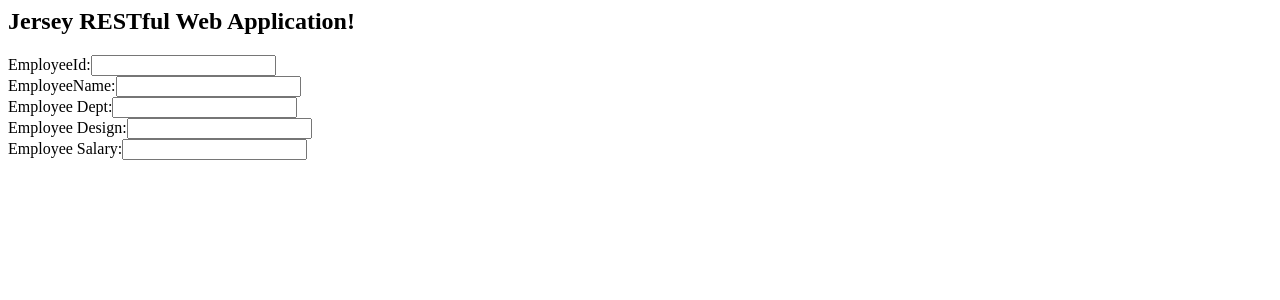
Repository: Vidhya2796/ATPTrainingFoldersJEECloud
Page: http://localhost/emp/
The author's editor kept a copy of each file at every save. The page is drawn from the files as they stood at one save, then again after the next save.
The browser window is 1280 px wide. The pictures show the whole page.
The page is served by Tomcat 9.

Above is the page before, as saved 2018-12-20 09:58:20.

After the next save:
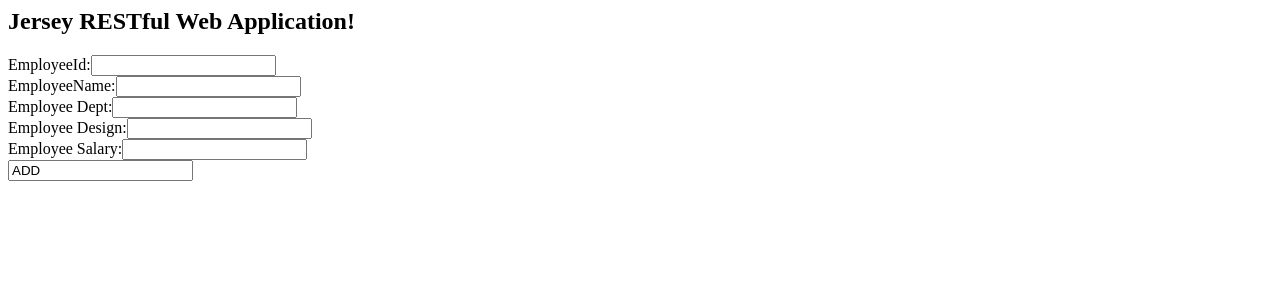
Saved 19 s later.
--- a/SpringREST/emp/src/main/webapp/index.jsp
+++ b/SpringREST/emp/src/main/webapp/index.jsp
@@ -11,7 +11,7 @@
     	Employee Dept:<input type="text" name="dept"></br>
     	Employee Design:<input type="text" name="design"></br>
     	Employee Salary:<input type="text" name="sal"></br>
-
+    	<input type="text" value="ADD">
 
     </form>
 
